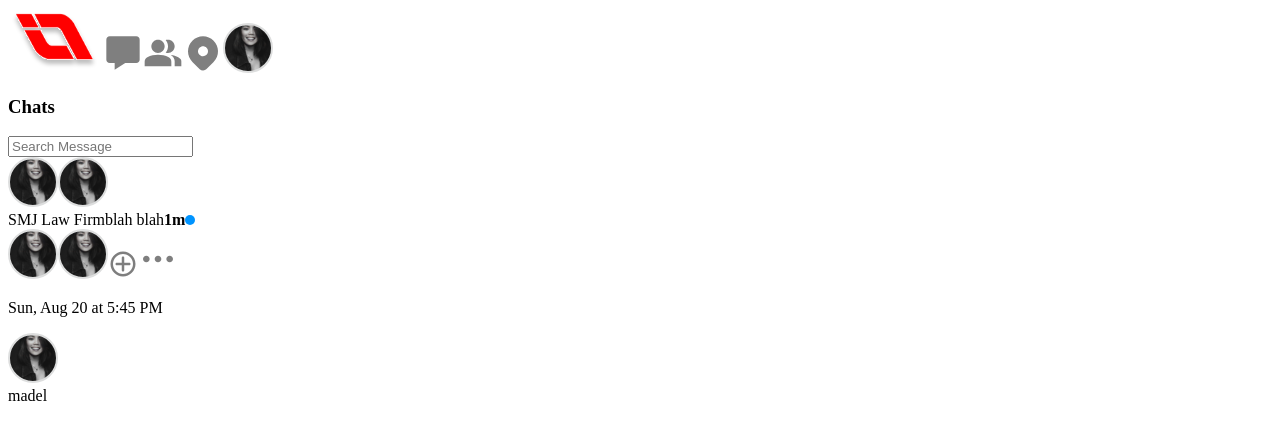
Repository: Nicktacku/LawChat
Page: /homechat (app in frontend/lawchat/)
An editor plug-in stored every save of this project. The page is shown before and after the next save, followed by the edit.
The browser window is 1280 px wide. The pictures show the whole page.
The project was rebuilt for these pictures with package versions that can differ from the ones it lists, and the page was loaded fresh each time. Also part of the build but not shown: frontend/lawchat/src/styles/button.css, frontend/lawchat/src/components/Button.js, frontend/lawchat/src/pages/Home.js, frontend/lawchat/src/pages/Login.js.

Above is the page before, as saved 2024-08-13 11:54:21.

After the next save:
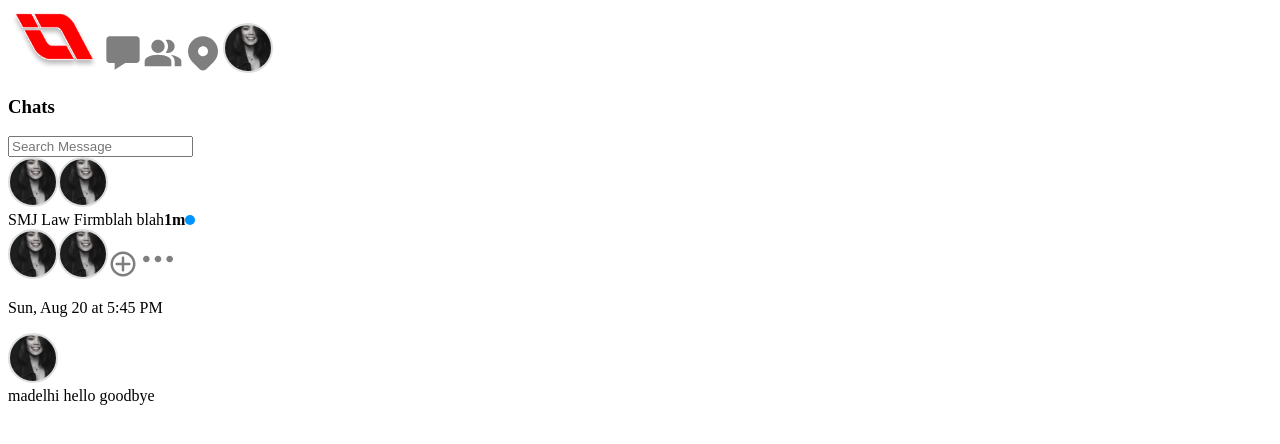
Saved 19 s later.
--- a/frontend/lawchat/src/components/ChatBubble.js
+++ b/frontend/lawchat/src/components/ChatBubble.js
@@ -8,7 +8,7 @@ function ChatBubble(props) {
       <img src={personaldp} />
       <div className="chat">
         {props.name}
-        {props.content}
+        {props.message}
       </div>
     </div>
   );
